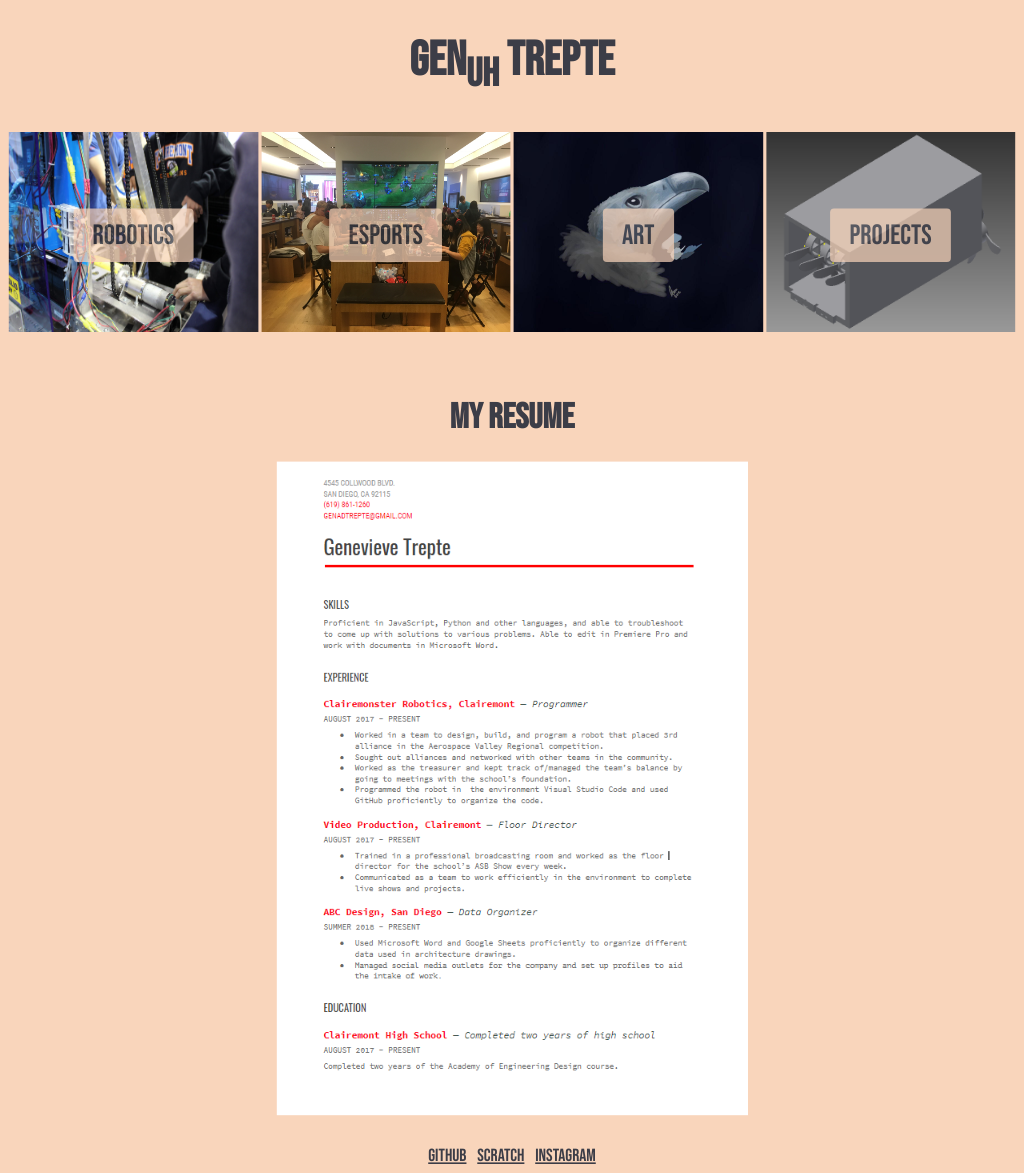
Repository: gennnna/gennnna.github.io
Page: pages/index.html
The author's editor kept a record of every edit. The page is drawn from the files as they stood at one moment, then again after the next edit.
The browser window is 1280 px wide. The pictures show the whole page, at 80% of full size.

Above is the page before.

### pages/index.html
<!DOCTYPE html>
<html>
    <head>
        <link rel="stylesheet" type="text/css" href="//fonts.googleapis.com/css?family=Bebas+Neue">
        <link rel="stylesheet" type="text/css" href="style.css">
        <title>gen-uh</title>
    </head>
    <body>
        <h1 style="font-size:60px;"><center>GEN<sub>UH</sub> TREPTE</center></h1>
        <table align="center">
            <tr>
                <td class="container">
                    <img src="../images/roobotics.JPG" alt="robotics">
                    <form action="robotics.html"><button class="btn">Robotics</button></form>
                </td>
                <td class="container">
                    <img src="../images/esportstourney.JPG" alt="esports">
                    <form action="esports.html"><button class="btn">Esports</button></form>
                </td>
                <td class="container">
                    <img src="../images/art.png" alt="art">
                    <form action="art.html"><button class="btn">Art</button></form>
                </td>
                <td class="container">
                    <img src="../images/skeet.PNG" alt="personalp">
                    <form action="personal.html"><button class="btn">Projects</button></form>
                </td>
            </tr>
        </table>
        <div style="padding:20px"></div>
        <center>
            <h1>My Resume</h1>
            <img src="../images/RESUME.png">
        </center>
        <div style="padding:15px"></div>
        <table align="center">
            <tr>
                <center>
                    <a href="https://github.com/gennnna" target="blank_">Github</a>
                    <a href="https://scratch.mit.edu/users/Nomii/" target="blank_">Scratch</a>
                    <a href="https://www.instagram.com/gennnna/" target="blank_">Instagram</a>
                </center>
            </tr>
        </table>
    </body>
</html>

### pages/style.css
            html{
                scroll-behavior:smooth;
            }
            body{
                background-color:#f9d5bb;
                font-family:menlo;
                color:#3c3d47;
                font-family:'Bebas Neue', cursive;
                font-size:22px;
                padding:.01px;
            }
            aboutbutton{
                background-color:#f9d5bb;
                border:none;
                cursor:pointer;
                color:#3c3d47;
                font-size:35px;
                padding:25px;
                border-radius:5px;
            }
            aboutbutton:hover{
                cursor:pointer;
            }
            button{
                background-color:#f9d5bb;
                border:none;
                color:#3c3d47;
                font-size:20px;
                opacity:.5;
                padding:15px;
                border-radius:5px;
            }
            button:hover{
                box-shadow:0 12px 16px 0 rgba(0,0,0,0.24), 0 17px 50px 0 rgba(0,0,0,0.19);
                opacity:1;
                cursor:pointer;
            }
            /*linkbutton{*/
            /*    height:1px;*/
            /*    width:1px;*/
            /*    opacity:.5;*/
            /*    padding:10px;*/
            /*    border-radius:5px;*/
            /*}*/
            /*linkbutton:hover{*/
            /*    opacity:1;*/
            /*    cursor:pointer;*/
            /*}*/
            .container{
                position:relative;
                width:20%;
            }
            .container img {
                width:100%;
                height:250px;
            }
            .container .btn{
                position: absolute;
                top:50%;
                left:50%;
                transform:translate(-50%,-50%);
                -ms-transform:translate(-50%,-50%);
                background-color:#f9d5bb;
                color:#3c3d47;
                font-size:16px;
                padding:12px 24px;
                border:none;
                cursor:pointer;
                border-radius:5px;
                opacity:70%;
                font-family:'Bebas Neue', cursive;
                font-size:35px;
            }
            .container .btn:hover{
                opacity:100%;
                cursor:pointer;
            }
/*            imgfloats{
                float:right;
            }*/
            a{
                color:#3c3d47;
                padding:5px;

            }

After the next edit:
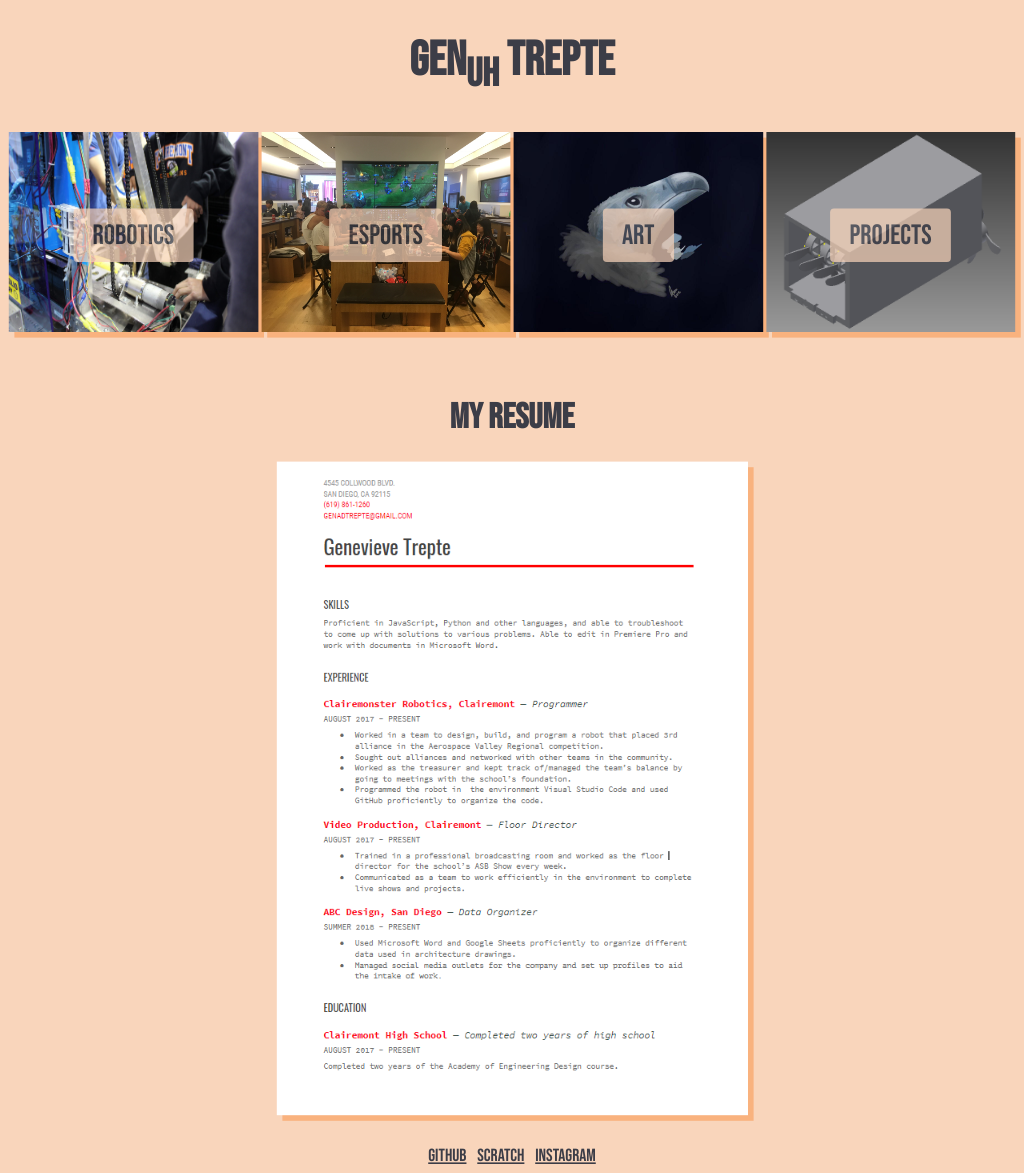
The edit:
--- a/pages/style.css
+++ b/pages/style.css
@@ -81,5 +81,7 @@
             a{
                 color:#3c3d47;
                 padding:5px;
-
             }
+            img{
+                box-shadow:7px 7px #F9B27E;
+            }
